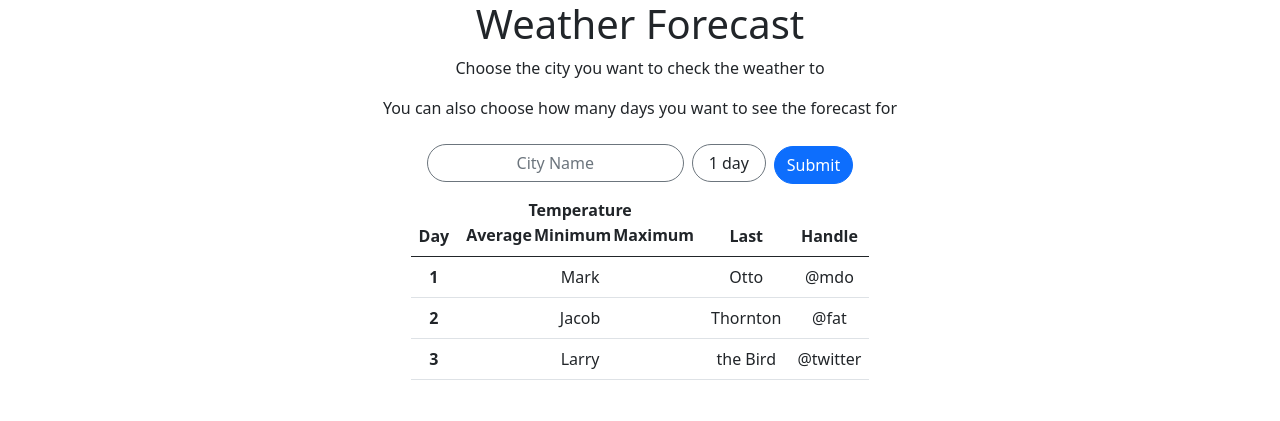
Repository: DimitrisDoxopoulos/my-own-weather-app
Page: /
These files come from the project's save history. The page is drawn as it stood at one moment and after the next save; the edit follows.
The browser window is 1280 px wide. The pictures show the whole page.
The project was rebuilt for these pictures with package versions that can differ from the ones it lists, and the page was loaded fresh each time.

Above is the page before, as saved 2021-06-03 19:56:59.

### src/App.js
import './App.css';

/*--------------- Importing Components ------------------- */
import Wrapper from './components/Wrapper'
import Header from './components/Header'
import Tagline from './components/Tagline'
import Form from './components/Form'
import WeatherForecast from './components/WeatherForecast';
/*--------------- Importing Components ------------------- */

function App() {
  return (
    <div className="App">
      <Wrapper>
        <Header />
        <Tagline />
        <Form />
        <WeatherForecast />
      </Wrapper>
    </div>
  );
}

export default App;

### src/App.css
.App {
  /* text-align: center; */
}

.App-logo {
  height: 40vmin;
  pointer-events: none;
}

.App-header {
  background-color: #282c34;
  min-height: 100vh;
  display: flex;
  flex-direction: column;
  align-items: center;
  justify-content: center;
  font-size: calc(10px + 2vmin);
  color: white;
}

.App-link {
  color: #61dafb;
}

### src/components/Wrapper.js
import React from 'react';

const Wrapper = (props) => {
    return(
    <div className='container d-flex flex-column justify-content-center align-items-center'>
        { props.children }
    </div>
    )
}

export default Wrapper;

### src/components/Header.js
import React from 'react'

const Header = () => {
    return (
        <div className="">
            <h1 className="">Weather Forecast</h1>
        </div>
    )
}

export default Header

### src/components/Tagline.js
import React from 'react'

const Tagline = () => {
    return (
        <div className="text-center">
            <p>Choose the city you want to check the weather to</p>
            <p>You can also choose how many days you want to see the forecast for</p>
        </div>
    )
}

export default Tagline

### src/components/Form.js
import React from 'react'

const Form = () => {
    return (
        <div>
            <form className="d-flex align-items-center">
                <div className="form-group">
                    <input type="text" className="form-control border-secondary rounded-pill text-center" id="exampleFormControlInput1" placeholder="City Name" />
                </div>
                <div className="form-group d-flex p-2">
                    <select className="form-control border-secondary rounded-pill text-center" id="exampleFormControlSelect1" placeholder="How many days?">
                        <option value="1">1 day</option>
                        <option value="2">2 days</option>
                        <option value="3">3 days</option>
                        <option value="4">4 days</option>
                        <option value="5">5 days</option>
                    </select>
                </div>
                <input className="btn btn-primary mt-1 rounded-pill" type="submit" value="Submit" />
            </form>
        </div>
    )
}

export default Form

### src/components/WeatherForecast.js
import React from 'react'

const WeatherForecast = () => {
    return (
        <div>
            <table class="table text-center">
                <thead class="thead-dark">
                    <tr>
                    <th scope="col">Day</th>
                    <th scope="col">
                        Temperature
                        <th>Average</th>
                        <th>Minimum</th>
                        <th>Maximum</th>
                    </th>
                    <th scope="col">Last</th>
                    <th scope="col">Handle</th>
                    </tr>
                </thead>
                <tbody>
                    <tr>
                    <th scope="row">1</th>
                    <td>Mark</td>
                    <td>Otto</td>
                    <td>@mdo</td>
                    </tr>
                    <tr>
                    <th scope="row">2</th>
                    <td>Jacob</td>
                    <td>Thornton</td>
                    <td>@fat</td>
                    </tr>
                    <tr>
                    <th scope="row">3</th>
                    <td>Larry</td>
                    <td>the Bird</td>
                    <td>@twitter</td>
                    </tr>
                </tbody>
            </table>
        </div>
    )
}

export default WeatherForecast

Loaded but not shown: public/index.html (common file); src/index.js (common file); src/index.css (common file); src/reportWebVitals.js (common file)

After the next save:
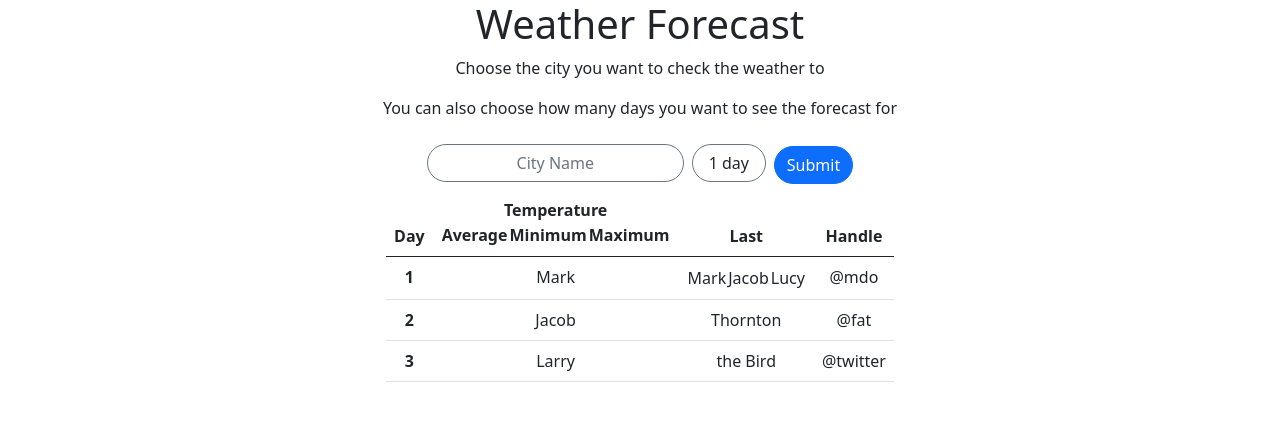
Saved 65 s later.
--- a/src/components/WeatherForecast.js
+++ b/src/components/WeatherForecast.js
@@ -21,7 +21,11 @@
                     <tr>
                     <th scope="row">1</th>
                     <td>Mark</td>
-                    <td>Otto</td>
+                    <td>
+                        <td>Mark</td>
+                        <td>Jacob</td>
+                        <td>Lucy</td>
+                    </td>
                     <td>@mdo</td>
                     </tr>
                     <tr>

After the save that followed:
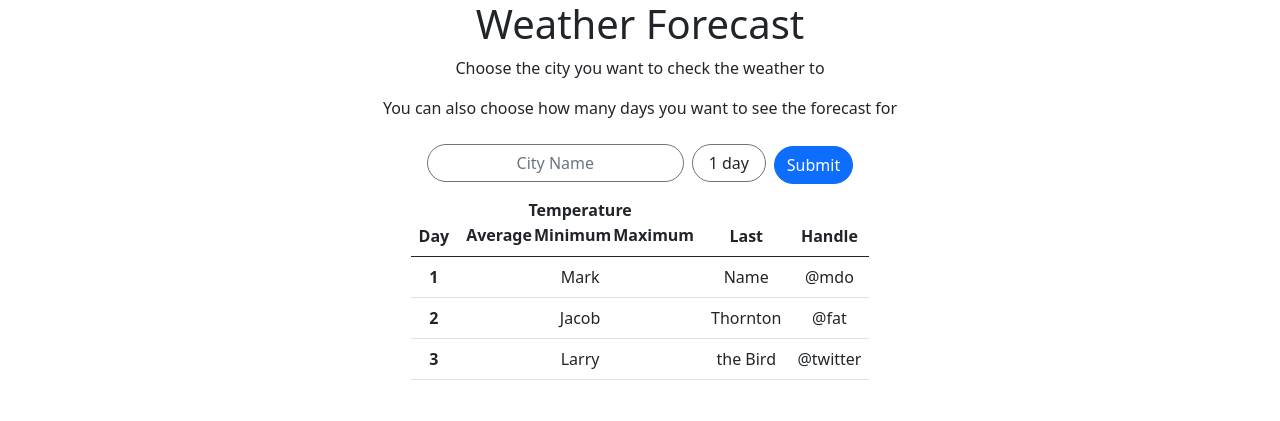
Saved 32 s later.
--- a/src/components/WeatherForecast.js
+++ b/src/components/WeatherForecast.js
@@ -21,11 +21,7 @@
                     <tr>
                     <th scope="row">1</th>
                     <td>Mark</td>
-                    <td>
-                        <td>Mark</td>
-                        <td>Jacob</td>
-                        <td>Lucy</td>
-                    </td>
+                    <td>Name</td>
                     <td>@mdo</td>
                     </tr>
                     <tr>
